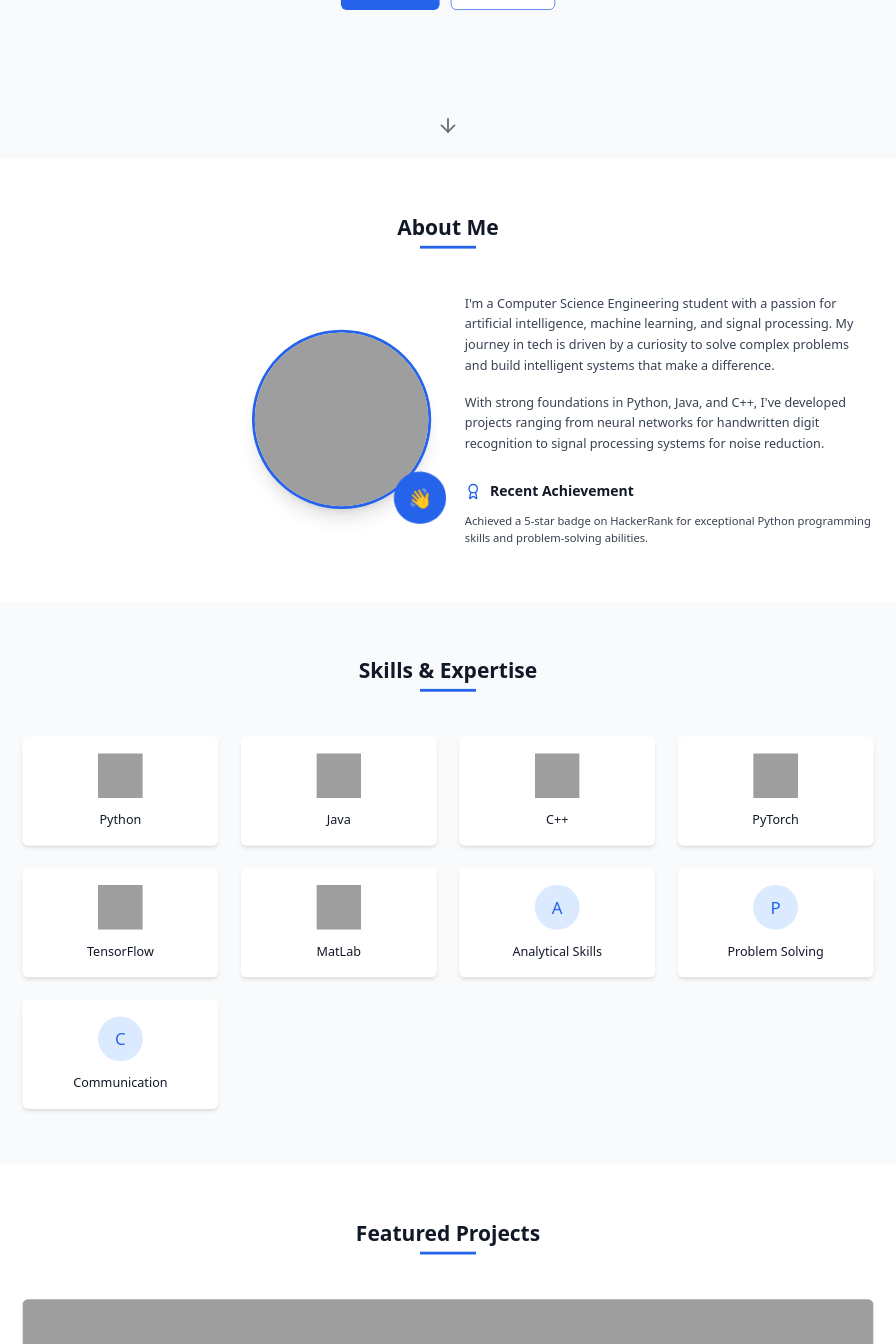
Repository: Mohan2347/updated-portfolio
Page: /
The author's editor kept a copy of each file at every save. The page is drawn from the files as they stood at one save, then again after the next save.
The browser window is 1280 px wide. The pictures show the part of the page from y = 493 to 2413 px (the page is 5902 px tall), at 70% of full size.
Pictures or frames that could not be fetched are drawn as grey boxes. The project was rebuilt for these pictures with package versions that can differ from the ones it lists, and the page was loaded fresh each time. Also part of the build but not shown: vite.config.ts.

Above is the page before, as saved 2025-04-27 15:30:19.

### index.html
<!doctype html>
<html lang="en">
  <head>
    <meta charset="UTF-8" />
    <link rel="icon" type="image/svg+xml" href="/vite.svg" />
    <meta name="viewport" content="width=device-width, initial-scale=1.0" />
    <meta name="description" content="Portfolio of Mohan Venkata Rami Reddy Gudibandi - Computer Science Engineer & AI Enthusiast">
    <title>Mohan Gudibandi | Portfolio</title>
  </head>
  <body>
    <div id="root"></div>
    <script type="module" src="/src/main.tsx"></script>
  </body>
</html>

### src/App.tsx
import React, { useState, useEffect } from 'react';
import Navbar from './components/Navbar';
import Hero from './components/Hero';
import About from './components/About';
import Skills from './components/Skills';
// import Experience from './components/Experience';
import Projects from './components/Projects';
import Certificates from './components/Certificates';
import Education from './components/Education';
import Contact from './components/Contact';
import Footer from './components/Footer';
import Background from './components/Background';

function App() {
  const [isDarkMode, setIsDarkMode] = useState(false);

  useEffect(() => {
    const savedDarkMode = localStorage.getItem('darkMode');

    if (savedDarkMode === 'true') {
      setIsDarkMode(true);
      document.documentElement.classList.add('dark');
    } else if (savedDarkMode === null) {
      const prefersDark = window.matchMedia('(prefers-color-scheme: dark)').matches;
      setIsDarkMode(prefersDark);
      if (prefersDark) document.documentElement.classList.add('dark');
    }
  }, []);

  const toggleDarkMode = () => {
    setIsDarkMode(!isDarkMode);

    if (!isDarkMode) {
      document.documentElement.classList.add('dark');
      localStorage.setItem('darkMode', 'true');
    } else {
      document.documentElement.classList.remove('dark');
      localStorage.setItem('darkMode', 'false');
    }
  };

  return (
    <div className="min-h-screen bg-white dark:bg-gray-900 transition-colors duration-300">
      <Background />
      <Navbar isDarkMode={isDarkMode} toggleDarkMode={toggleDarkMode} />
      <Hero />
      <About />
      <Skills />
      {/* <Experience /> */}
      <Projects />
      <Certificates />
      <Education />
      <Contact />
      <Footer isDarkMode={isDarkMode} toggleDarkMode={toggleDarkMode} />
    </div>
  );
}

export default App;

### src/components/Skills.tsx
import React from 'react';
import { skills } from '../data/portfolio';
import { motion } from 'framer-motion';

const Skills: React.FC = () => {
  const skillIcons = {
    'Python': 'https://cdn.jsdelivr.net/gh/devicons/devicon/icons/python/python-original.svg',
    'Java': 'https://cdn.jsdelivr.net/gh/devicons/devicon/icons/java/java-original.svg',
    'C++': 'https://cdn.jsdelivr.net/gh/devicons/devicon/icons/cplusplus/cplusplus-original.svg',
    'PyTorch': 'https://cdn.jsdelivr.net/gh/devicons/devicon/icons/pytorch/pytorch-original.svg',
    'TensorFlow': 'https://cdn.jsdelivr.net/gh/devicons/devicon/icons/tensorflow/tensorflow-original.svg',
    'MatLab': 'https://cdn.jsdelivr.net/gh/devicons/devicon/icons/matlab/matlab-original.svg',
    'Jupyter Notebook': 'https://cdn.jsdelivr.net/gh/devicons/devicon/icons/jupyter/jupyter-original.svg',
    'VS Code': 'https://cdn.jsdelivr.net/gh/devicons/devicon/icons/vscode/vscode-original.svg',
    'GitHub': 'https://cdn.jsdelivr.net/gh/devicons/devicon/icons/github/github-original.svg',
  };

  const container = {
    hidden: { opacity: 0 },
    show: {
      opacity: 1,
      transition: {
        staggerChildren: 0.1
      }
    }
  };

  const item = {
    hidden: { opacity: 0, y: 20 },
    show: { opacity: 1, y: 0 }
  };

  return (
    <section id="skills" className="py-20 bg-gray-50 dark:bg-gray-900 transition-colors duration-300">
      <div className="max-w-7xl mx-auto px-4 sm:px-6 lg:px-8">
        <div className="text-center mb-16">
          <h2 className="text-3xl font-bold text-gray-900 dark:text-white transition-colors duration-300">
            Skills & Expertise
          </h2>
          <div className="mt-2 h-1 w-20 bg-blue-600 mx-auto"></div>
        </div>

        <motion.div
          variants={container}
          initial="hidden"
          animate="show"
          className="grid grid-cols-2 md:grid-cols-3 lg:grid-cols-4 gap-8"
        >
          {skills.map((skill) => (
            <motion.div
              key={skill.name}
              variants={item}
              className="bg-white dark:bg-gray-800 rounded-lg p-6 shadow-md transition-all duration-300 hover:shadow-lg hover:scale-105"
            >
              <div className="flex flex-col items-center space-y-4">
                {skillIcons[skill.name] ? (
                  <img
                    src={skillIcons[skill.name]}
                    alt={skill.name}
                    className="w-16 h-16"
                  />
                ) : (
                  <div className="w-16 h-16 bg-blue-100 dark:bg-blue-900 rounded-full flex items-center justify-center">
                    <span className="text-2xl text-blue-600 dark:text-blue-400">{skill.name[0]}</span>
                  </div>
                )}
                <h3 className="text-lg font-medium text-gray-900 dark:text-white text-center">
                  {skill.name}
                </h3>
              </div>
            </motion.div>
          ))}
        </motion.div>
      </div>
    </section>
  );
};

export default Skills;

### src/components/Certificates.tsx
import React from 'react';
import { certificates } from '../data/portfolio';
import { Award } from 'lucide-react';

const Certificates: React.FC = () => {
  return (
    <section id="certificates" className="py-20 bg-gray-50 dark:bg-gray-900 transition-colors duration-300">
      <div className="max-w-7xl mx-auto px-4 sm:px-6 lg:px-8">
        <div className="text-center mb-16">
          <h2 className="text-3xl font-bold text-gray-900 dark:text-white transition-colors duration-300">
            Certificates
          </h2>
          <div className="mt-2 h-1 w-20 bg-blue-600 mx-auto"></div>
        </div>

        <div className="grid grid-cols-1 md:grid-cols-2 lg:grid-cols-3 gap-8">
          {certificates.map((certificate, index) => (
            <div
              key={index}
              className="bg-white dark:bg-gray-800 rounded-lg overflow-hidden shadow-md transition-all duration-300 hover:shadow-lg hover:translate-y-[-5px]"
            >
              <div className="h-48 overflow-hidden">
                <img
                  src={certificate.image}
                  alt={certificate.title}
                  className="w-full h-full object-cover transform hover:scale-110 transition-transform duration-300"
                />
              </div>

              <div className="p-6">
                <div className="flex items-center mb-4">
                  <Award size={24} className="text-blue-600 mr-3" />
                  <h3 className="text-xl font-semibold text-gray-900 dark:text-white transition-colors duration-300">
                    {certificate.title}
                  </h3>
                </div>

                <p className="text-blue-600 dark:text-blue-400 font-medium transition-colors duration-300">
                  {certificate.issuer}
                </p>

                <p className="text-sm text-gray-500 dark:text-gray-400 mb-4 transition-colors duration-300">
                  {certificate.date}
                </p>

                <p className="text-gray-700 dark:text-gray-300 transition-colors duration-300">
                  {certificate.description}
                </p>
              </div>
            </div>
          ))}
        </div>
      </div>
    </section>
  );
};

export default Certificates;

### src/components/Education.tsx
import React from 'react';
import { education } from '../data/portfolio';
import { GraduationCap } from 'lucide-react';

const Education: React.FC = () => {
  return (
    <section id="education" className="py-20 bg-white dark:bg-gray-800 transition-colors duration-300">
      <div className="max-w-7xl mx-auto px-4 sm:px-6 lg:px-8">
        <div className="text-center mb-16">
          <h2 className="text-3xl font-bold text-gray-900 dark:text-white transition-colors duration-300">
            Education
          </h2>
          <div className="mt-2 h-1 w-20 bg-blue-600 mx-auto"></div>
        </div>

        <div className="relative">
          {/* Timeline line */}
          <div className="absolute left-0 sm:left-1/2 transform sm:translate-x-[-50%] h-full w-1 bg-blue-200 dark:bg-blue-900 transition-colors duration-300"></div>

          <div className="space-y-12">
            {education.map((edu, index) => (
              <div key={index} className="relative">
                {/* Timeline dot */}
                <div className="absolute left-0 sm:left-1/2 transform sm:translate-x-[-50%] w-6 h-6 rounded-full bg-blue-600 border-4 border-white dark:border-gray-800 transition-colors duration-300"></div>

                <div className={`sm:w-1/2 ml-10 sm:ml-0 ${
                  index % 2 === 0 ? 'sm:pr-12 sm:text-right' : 'sm:pl-12 sm:ml-auto'
                }`}>
                  <div className="bg-gray-50 dark:bg-gray-700 p-5 rounded-lg shadow-md transition-all duration-300 hover:shadow-lg">
                    <div className={`flex items-center mb-2 ${
                      index % 2 === 0 ? 'justify-end' : ''
                    }`}>
                      <GraduationCap size={20} className={`text-blue-600 ${
                        index % 2 === 0 ? 'ml-2 order-2' : 'mr-2'
                      }`} />
                      <h3 className="text-lg font-semibold text-gray-900 dark:text-white transition-colors duration-300">
                        {edu.institution}
                      </h3>
                    </div>

                    <p className="text-gray-600 dark:text-gray-300 transition-colors duration-300">
                      {edu.location}
                    </p>

                    <p className="text-blue-600 dark:text-blue-400 font-medium mt-2 transition-colors duration-300">
                      {edu.degree}
                    </p>

                    <div className="flex flex-wrap items-center justify-between mt-2">
                      <span className="bg-blue-100 dark:bg-blue-900 text-blue-800 dark:text-blue-200 px-3 py-1 rounded-full text-sm transition-colors duration-300">
                        {edu.score}
                      </span>
                      <span className="text-gray-500 dark:text-gray-400 text-sm transition-colors duration-300">
                        {edu.period}
                      </span>
                    </div>
                  </div>
                </div>
              </div>
            ))}
          </div>
        </div>
      </div>
    </section>
  );
};

export default Education;

### src/components/Footer.tsx
import React from 'react';
import { Heart } from 'lucide-react';

interface FooterProps {
  isDarkMode: boolean;
  toggleDarkMode: () => void;
}

const Footer: React.FC<FooterProps> = ({ isDarkMode, toggleDarkMode }) => {
  const currentYear = new Date().getFullYear();

  return (
    <footer className="bg-white dark:bg-gray-800 py-8 transition-colors duration-300">
      <div className="max-w-7xl mx-auto px-4 sm:px-6 lg:px-8">
        <div className="border-t border-gray-200 dark:border-gray-700 pt-8 transition-colors duration-300">
          <div className="flex flex-col md:flex-row justify-between items-center">
            <div className="mb-4 md:mb-0">
              <p className="text-gray-600 dark:text-gray-400 transition-colors duration-300">
                &copy; {currentYear} Mohan Venkata Rami Reddy. All rights reserved.
              </p>
            </div>

            <div className="flex items-center space-x-6">
              <button
                onClick={toggleDarkMode}
                className="text-gray-600 dark:text-gray-400 hover:text-blue-600 dark:hover:text-blue-400 transition-colors duration-300"
                aria-label={isDarkMode ? "Switch to light mode" : "Switch to dark mode"}
              >
                {isDarkMode ? "Light Mode" : "Dark Mode"}
              </button>

              <a
                href="#home"
                className="text-gray-600 dark:text-gray-400 hover:text-blue-600 dark:hover:text-blue-400 transition-colors duration-300"
              >
                Back to Top
              </a>
            </div>
          </div>

          <div className="mt-6 text-center text-gray-500 dark:text-gray-500 text-sm transition-colors duration-300 flex items-center justify-center">
            <span>Built with</span>
            <Heart size={16} className="text-red-500 mx-1" />
            <span>using React & Tailwind CSS</span>
          </div>
        </div>
      </div>
    </footer>
  );
};

export default Footer;

### src/components/Background.tsx
import React from 'react';
import { useCallback } from "react";
import Particles from "react-particles";
import type { Container, Engine } from "tsparticles-engine";
import { loadSlim } from "tsparticles-slim";

const Background: React.FC = () => {
  const particlesInit = useCallback(async (engine: Engine) => {
    await loadSlim(engine);
  }, []);

  const particlesLoaded = useCallback(async (container: Container | undefined) => {
    console.log(container);
  }, []);

  return (
    <Particles
      className="fixed top-0 left-0 w-full h-full -z-10"
      id="tsparticles"
      init={particlesInit}
      loaded={particlesLoaded}
      options={{
        background: {
          color: {
            value: "transparent",
          },
        },
        fpsLimit: 120,
        interactivity: {
          events: {
            onClick: {
              enable: true,
              mode: "push",
            },
            onHover: {
              enable: true,
              mode: "grab",
              parallax: {
                enable: true,
                force: 60,
                smooth: 10
              }
            },
            resize: true,
          },
          modes: {
            push: {
              quantity: 4,
            },
            grab: {
              distance: 200,
              links: {
                opacity: 0.5
              }
            }
          },
        },
        particles: {
          color: {
            value: "#3b82f6",
          },
          links: {
            color: "#3b82f6",
            distance: 150,
            enable: true,
            opacity: 0.3,
            width: 1,
            triangles: {
              enable: true,
              opacity: 0.05
            }
          },
          move: {
            direction: "none",
            enable: true,
            outModes: {
              default: "bounce",
            },
            random: false,
            speed: 1,
            straight: false,
            attract: {
              enable: true,
              rotateX: 600,
              rotateY: 1200
            }
          },
          number: {
            density: {
              enable: true,
              area: 800,
            },
            value: 80,
          },
          opacity: {
            value: 0.5,
            random: true,
            anim: {
              enable: true,
              speed: 1,
              opacity_min: 0.1,
              sync: false
            }
          },
          shape: {
            type: "circle",
          },
          size: {
            value: { min: 1, max: 3 },
            random: true,
            anim: {
              enable: true,
              speed: 2,
              size_min: 0.1,
              sync: false
            }
          },
        },
        detectRetina: true,
      }}
    />
  );
};

export default Background;

Loaded but not shown: src/main.tsx (common file); src/index.css (common file); tailwind.config.js (37 lines, source omitted); src/data/portfolio.ts (141 lines, source omitted); src/components/Contact.tsx (131 lines, source omitted); src/components/Projects.tsx (108 lines, source omitted); src/components/Navbar.tsx (102 lines, source omitted); src/components/Hero.tsx (97 lines, source omitted); src/components/About.tsx (83 lines, source omitted)

After the next save:
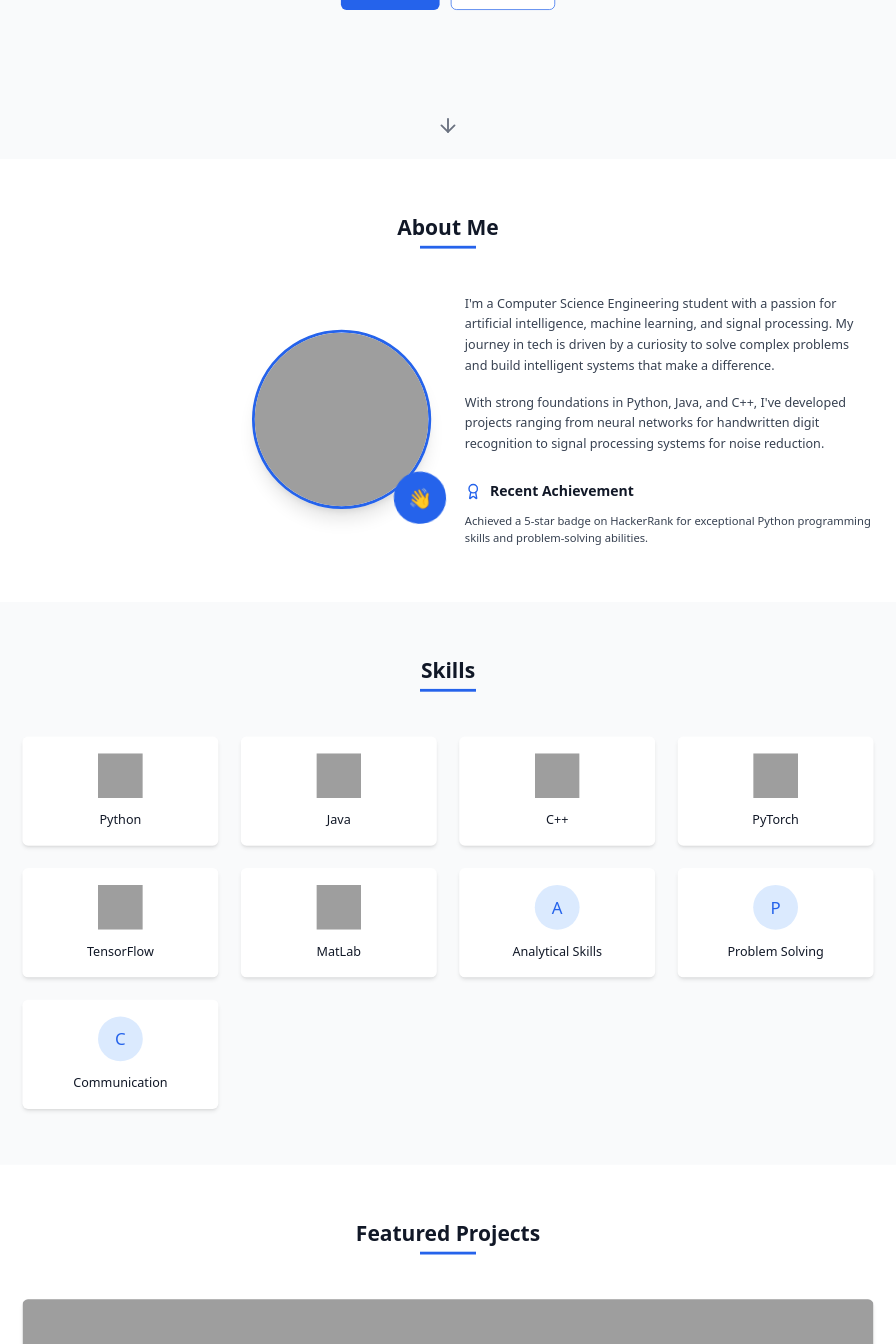
Saved 28 s later.
--- a/src/components/Skills.tsx
+++ b/src/components/Skills.tsx
@@ -35,7 +35,7 @@
       <div className="max-w-7xl mx-auto px-4 sm:px-6 lg:px-8">
         <div className="text-center mb-16">
           <h2 className="text-3xl font-bold text-gray-900 dark:text-white transition-colors duration-300">
-            Skills & Expertise
+            Skills
           </h2>
           <div className="mt-2 h-1 w-20 bg-blue-600 mx-auto"></div>
         </div>

After the save that followed:
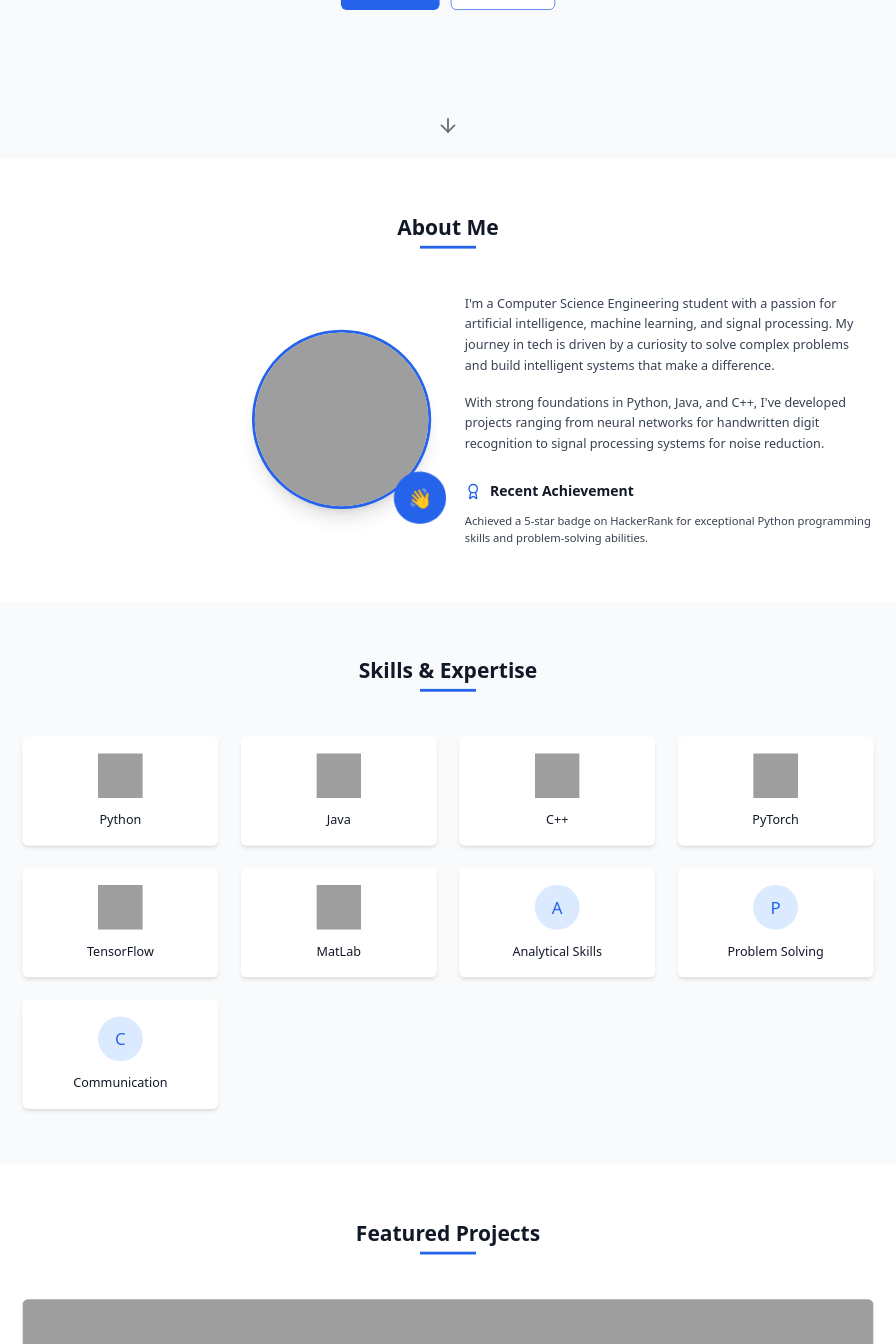
Saved 32 s later.
--- a/src/components/Skills.tsx
+++ b/src/components/Skills.tsx
@@ -35,7 +35,7 @@
       <div className="max-w-7xl mx-auto px-4 sm:px-6 lg:px-8">
         <div className="text-center mb-16">
           <h2 className="text-3xl font-bold text-gray-900 dark:text-white transition-colors duration-300">
-            Skills
+            Skills & Expertise
           </h2>
           <div className="mt-2 h-1 w-20 bg-blue-600 mx-auto"></div>
         </div>
